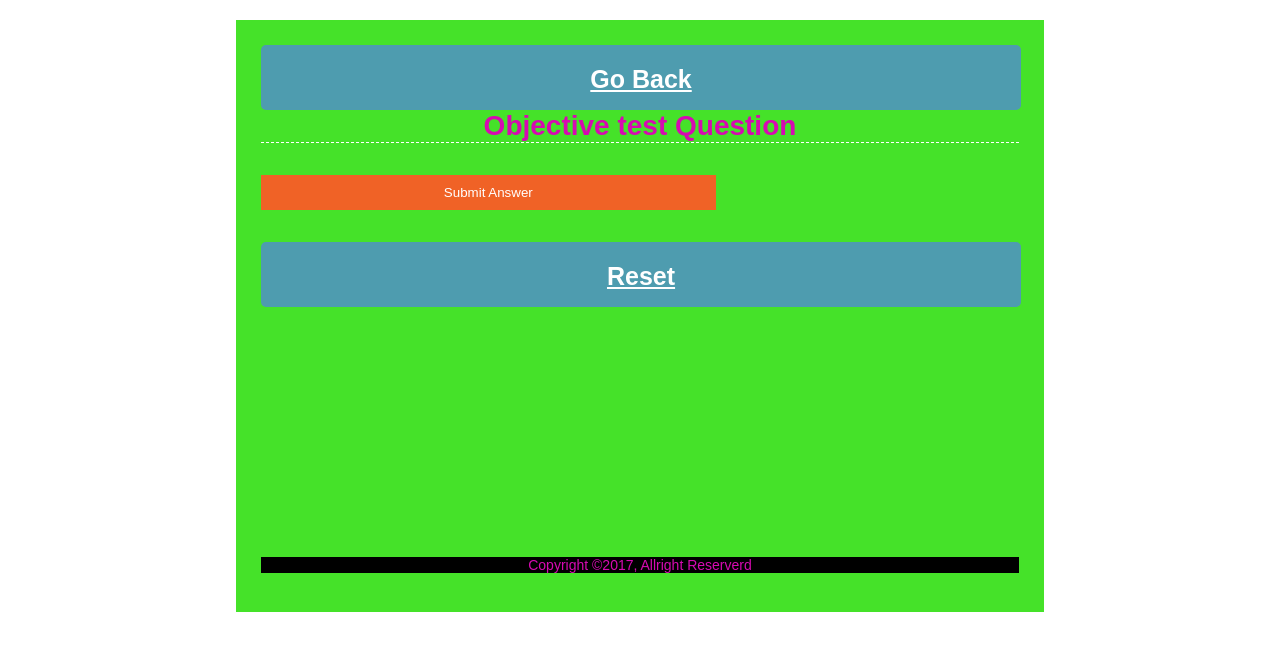
Repository: ashimmitra/Final-Project
Page: http://localhost/quiz/bangla/
An editor plug-in stored every save of this project. The page is shown before and after the next save, followed by the edit.
The browser window is 1280 px wide. The pictures show the whole page.
The page is served by the project's application, run on Django 3.2 (project/manage.py). Other server files are loaded and not shown. Queries for data that is not in the repository find no rows.

Above is the page before, as saved 2021-04-21 12:49:59.

### Varsity-Final-Project-by-Django-master/project/quiz/templates/bangla.html
{% load static %}
<!DOCTYPE html>
<html>

<head>
    <link rel="shortcut icon" href="{% static 'img/favicon.ico' %}" type="image/x-icon">
    <title>Quiz Application</title>
    <link rel="stylesheet" href="{% static 'css/quiz.css' %}">
    <script src="{% static 'script.js' %}"></script>
</head>

<body>
    <div id="container">
        <header>
            <a href="/" class="button">Go Back</a>
            <h1>Objective test Question</h1>
        </header>

        <section>
            <div id="results"></div>
            <form name="quizForm" onsubmit="return submitAnswers(answers = [{% for q in questions %}'{{ q.answer }}',{% endfor %}])">
                {% for q in questions %}
                <h3> {{ q.id }}. {{ q.question }}</h3>
                <input type="radio" name="q{{ q.id }}" value="a" id="q1a"> a. {{ q.option1 }}<br><br>
                <input type="radio" name="q{{ q.id }}" value="b" id="q1b"> b. {{ q.option2 }}<br><br>
                <input type="radio" name="q{{ q.id }}" value="c" id="q1c"> c. {{ q.option3 }}<br><br>
                <input type="radio" name="q{{ q.id }}" value="d" id="q1d"> d. {{ q.option4 }}<br><br> {% endfor %}

                <br><br>
                <input type="submit" value="Submit Answer">
            </form>
            <br><br>
            <a href="/quiz/bangla/" class="button">Reset</a>
        </section>
        <footer>
            <p>Copyright &copy;2017, Allright Reserverd</p>
        </footer>
    </div>

</body>

</html>

### Varsity-Final-Project-by-Django-master/project/quiz/views.py
from django.shortcuts import render
from quiz.models import Quiz
from quiz.models import Bangla

#def welcome(request):
    #return render(request, 'welcome.html')

def english(request):
    questions = Quiz.objects.all()
    return render(request, 'english.html', { 'questions': questions})

def bangla(request):
    questions = Bangla.objects.all()
    return render(request, 'bangla.html', { 'questions': questions})

### Varsity-Final-Project-by-Django-master/project/project/urls.py

from django.contrib import admin
from django.urls import path,include
from django.conf.urls.static import static
from django.conf import settings

urlpatterns = [
    path('admin/', admin.site.urls),
    path('', include('index.urls')),
    path('student/',include('student.urls')),
    path('authentication/',include('authentication.urls')),
    path('quiz/',include('quiz.urls')),
]+static(settings.MEDIA_URL, document_root=settings.MEDIA_ROOT)

### Varsity-Final-Project-by-Django-master/project/index/urls.py

from django.urls import path
from .import views

urlpatterns = [
    path('', views.home, name='home'),
]

### Varsity-Final-Project-by-Django-master/project/student/urls.py

from django.urls import path
from .import views

urlpatterns = [
    path('', views.student),
    path('profile/', views.profile, name='student.profile'),
]

### Varsity-Final-Project-by-Django-master/project/authentication/urls.py

from django.urls import path
from .import views

urlpatterns = [
    path('', views.authlogin, name='login'),
    path('registration/', views.authregistration, name='registration'),
    path('forgot-password/', views.forgotpassword, name='forgotpassword'),
    path('logout/', views.userlogout, name='logout'),
]

### Varsity-Final-Project-by-Django-master/project/quiz/urls.py

from django.urls import path
from .import views

urlpatterns = [
    path('', views.english),
    #path('',views.welcome),
    path('english/', views.english, name='profile.english'),
    path('bangla/', views.bangla, name='profile.bangla'),
]

### Varsity-Final-Project-by-Django-master/project/quiz/static/css/quiz.css
body{
	background: #FFFFFF;
	color:#D70AB2;
	font-family: 'Arial', sans-serif;
	font-size: 14px;
}
#container{
	width: 60%;
	background: #45E229;
	margin: 20px auto;
	overflow: auto;
	padding: 25px;
}
header{
	text-align: center;
	border-bottom: #fff dashed 1px;
}
header h1{
	margin: 0;
	padding: 0;
}
header p{
	padding: 0;
	margin-top: 5px;
	color: #000;
}
section{
	min-height: 400px;
}
footer{
	background: black;
	text-align: center;
}
input[type = 'submit']{
	width: 60%;
	background: #f06226;
	border:0;
	color: #fff;
	padding: 10px 15px;
	cursor: pointer;
}
input[type = 'radio']{
	transform: scale(2);
}
#results h3{
	background: #FFFFFF;
	color: #22C4C6;
	padding:10px;
	margin: 10px 0;

}
#results span{
	color: red;
	font-weight: bold;
}
.button {
	font-size: 25px;
    display: block;
    width: 95%;
    height: 25px;
    background: #4E9CAF;
    padding: 20px;
    text-align: center;
    border-radius: 5px;
    color: white;
    font-weight: bold;
}

### Varsity-Final-Project-by-Django-master/project/quiz/static/script.js
function getName() {
    login = document.getElementById("login").value;
    alert("Hi, " + login);
    return login;
}

function submitAnswers(answers) {

    var total = answers.length;
    var score = 0;
    var choice = []


    //getting choices
    /*
	var q1 = document.forms["quizForm"]["q1"].value;
	var q2 = document.forms["quizForm"]["q2"].value;
	var q3 = document.forms["quizForm"]["q3"].value;
	var q4 = document.forms["quizForm"]["q4"].value;
	var q5 = document.forms["quizForm"]["q5"].value;
*/
    //new dynamic method 1
    for (var i = 1; i <= total; i++) {

        choice[i] = document.forms["quizForm"]["q" + i].value;
    }


    //validation
    /*
    for(i = 1; i <= total; i++){
    	if(eval('q'+i) == null || eval('q'+i) == ''){
    		alert('you missed question ' + i);
    		return false;
    	}
    }
    */
    for (i = 1; i <= total; i++) {
        if (choice[i] == null || choice[i] == '') {
            alert('you missed question ' + i);
            return false;
        }
    }


    //set correct answer
    //var answers = ["b", "d", "a", "c", "c"];
    //this variable  is replaced by database answer

    //check answer
    /*
    for(i = 1; i <= total; i++){
    	if(eval('q' + i) == answers[i - 1]){
    		score++;
    	}
    }
    */
    // new dynamic method 1 for checking answer
    for (i = 1; i <= total; i++) {
        if (choice[i] == answers[i - 1]) {
            score++;
        }
    }

    //Display Result
    var results = document.getElementById('results');
    results.innerHTML = "<h3>You scored <span>" + score + "</span> out of <span>" + total + "</span></h3>"
    alert("You scored " + score + " out of " + total);

    return false;
}

After the next save:
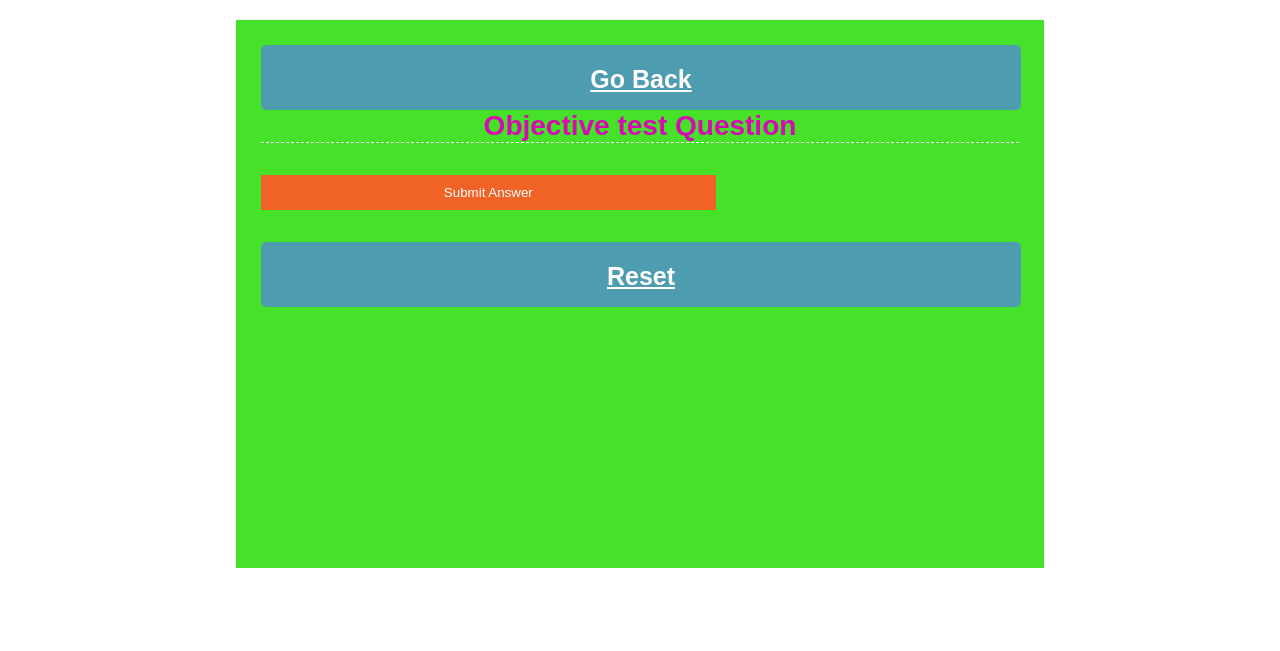
Saved 5 s later.
--- a/Varsity-Final-Project-by-Django-master/project/quiz/templates/bangla.html
+++ b/Varsity-Final-Project-by-Django-master/project/quiz/templates/bangla.html
@@ -32,9 +32,7 @@
             <br><br>
             <a href="/quiz/bangla/" class="button">Reset</a>
         </section>
-        <footer>
-            <p>Copyright &copy;2017, Allright Reserverd</p>
-        </footer>
+
     </div>
 
 </body>
